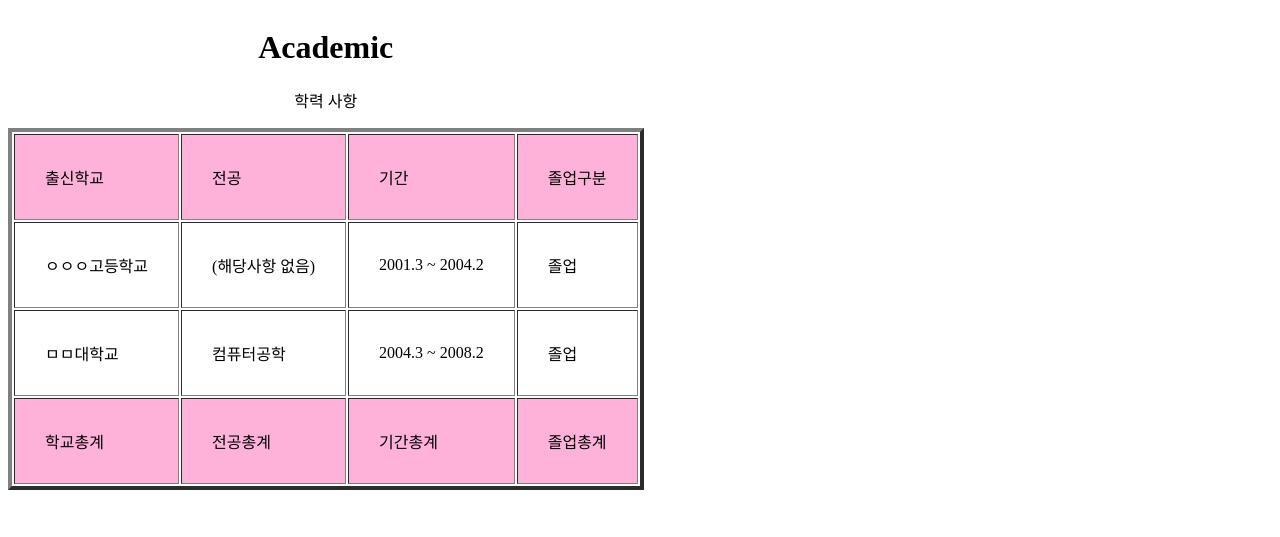
Repository: seulhwangbo/SeulJSP
Page: jspSrc17/webStandard01/src/main/webapp/02/Academic.html
An editor plug-in stored every save of this project. The page is shown before and after the next save, followed by the edit.
The browser window is 1280 px wide. The pictures show the whole page.

Above is the page before, as saved 2024-06-13 07:25:06.

After the next save:
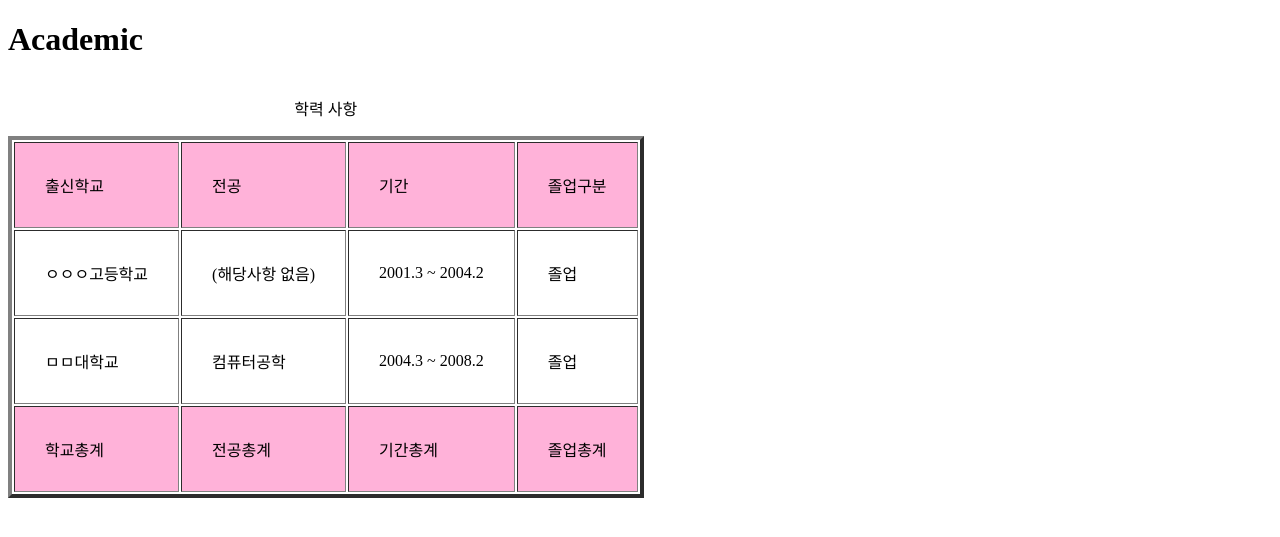
Saved 8 s later.
--- a/jspSrc17/webStandard01/src/main/webapp/02/Academic.html
+++ b/jspSrc17/webStandard01/src/main/webapp/02/Academic.html
@@ -14,9 +14,9 @@
 <title>Insert title here</title>
 </head>
 <body>
+			<h1>Academic</h1>
 	<table border="4">
 		<caption>
-			<h1>Academic</h1>
 			<p>학력 사항</p>
 		</caption>
 
